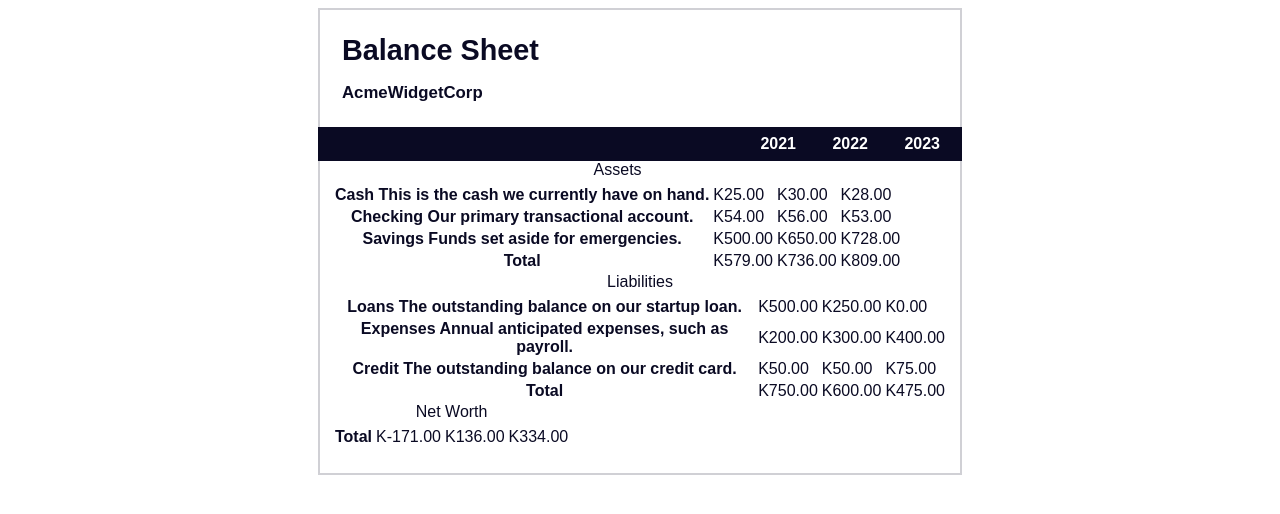
Repository: Lungdjos/balance_shee
Page: index.html
The author's editor kept a copy of each file at every save. The page is drawn from the files as they stood at one save, then again after the next save.
The browser window is 1280 px wide. The pictures show the whole page.

Above is the page before, as saved 2023-11-04 22:04:08.

### index.html
<!DOCTYPE html>
<html lang="en">

<head>
    <meta charset="UTF-8">
    <meta name="viewport" content="width=device-width, initial-scale=1.0">
    <title>Balance Sheet</title>
    <link rel="stylesheet" href="styles.css">
</head>

<body>
    <main>
        <section>
            <h1>
                <span class="flex">
                <span>AcmeWidgetCorp</span>
                <span>Balance Sheet</span>
                </span>
            </h1>
            <div id="years" aria-hidden="true">
                <span class="year">2021</span>
                <span class="year">2022</span>
                <span class="year">2023</span>
            </div>
            <div class="table-wrap">
                <table>
                    <caption>Assets</caption>
                    <thead>
                        <tr>
                            <td></td>
                            <th><span class="sr-only year">2021</span></th>
                            <th><span class="sr-only year">2022</span></th>
                            <th class="current"><span class="sr-only year">2023</span></th>
                        </tr>
                    </thead>
                    <tbody>
                        <tr class="data">
                            <th>
                                Cash <span class="description">This is the cash we currently have on hand.</span>
                            </th>
                            <td>K25.00</td>
                            <td>K30.00</td>
                            <td class="current">K28.00</td>
                        </tr>
                        <tr class="data">
                            <th>
                                Checking <span class="description">Our primary transactional account.</span>
                            </th>
                            <td>K54.00</td>
                            <td>K56.00</td>
                            <td class="current">K53.00</td>
                        </tr>
                        <tr class="data">
                            <th>
                                Savings <span class="description">Funds set aside for emergencies.</span>
                            </th>
                            <td>K500.00</td>
                            <td>K650.00</td>
                            <td class="current">K728.00</td>
                        </tr>
                        <tr class="total">
                            <th>
                                Total <span class="sr-only">Assets</span>
                            </th>
                            <td>K579.00</td>
                            <td>K736.00</td>
                            <td class="current">K809.00</td>
                        </tr>
                    </tbody>
                </table>
                <table>
                    <caption>Liabilities</caption>
                    <thead>
                        <tr>
                            <td></td>
                            <th><span class="sr-only">2021</span></th>
                            <th><span class="sr-only">2022</span></th>
                            <th><span class="sr-only">2023</span></th>
                        </tr>
                    </thead>
                    <tbody>
                        <tr class="data">
                            <th>
                                Loans <span class="description">The outstanding balance on our startup loan.</span>
                            </th>
                            <td>K500.00</td>
                            <td>K250.00</td>
                            <td class="current">K0.00</td>
                        </tr>
                        <tr class="data">
                            <th>
                                Expenses <span class="description">Annual anticipated expenses, such as payroll.</span>
                            </th>
                            <td>K200.00</td>
                            <td>K300.00</td>
                            <td class="current">K400.00</td>
                        </tr>
                        <tr class="data">
                            <th>
                                Credit <span class="description">The outstanding balance on our credit card.</span>
                            </th>
                            <td>K50.00</td>
                            <td>K50.00</td>
                            <td class="current">K75.00</td>
                        </tr>
                        <tr class="total">
                            <th>
                                Total <span class="sr-only">Liabilities</span>
                            </th>
                            <td>K750.00</td>
                            <td>K600.00</td>
                            <td class="current">K475.00</td>
                        </tr>
                    </tbody>
                </table>
                <table>
                    <caption>Net Worth</caption>
                    <thead>
                        <tr>
                            <td></td>
                            <th><span class="sr-only">2021</span></th>
                            <th><span class="sr-only">2022</span></th>
                            <th><span class="sr-only">2023</span></th>
                        </tr>
                    </thead>
                    <tbody>
                        <tr class="total">
                            <th>
                                Total <span class="sr-only">Net Worth</span>
                            </th>
                            <td>K-171.00</td>
                            <td>K136.00</td>
                            <td class="current">K334.00</td>
                        </tr>
                    </tbody>
                </table>
            </div>
        </section>
    </main>
</body>

</html>

</html>

</html>

### styles.css
/* general styling */

html {
    box-sizing: border-box;
}

body {
    font-family: sans-serif;
    color: #0a0a23;
}

span[class~="sr-only"] {
    border: 0;
    clip: rect(1px, 1px, 1px, 1px);
    clip-path: inset(50%);
    width: 1px;
    height: 1px;
    overflow: hidden;
    white-space: nowrap;
    position: absolute;
    padding: 0;
    margin: 1px;
}


/* table styling */

h1 {
    max-width: 37.25rem;
    margin: 0 auto;
    padding: 1.5rem 1.25rem;
}

h1 .flex {
    display: flex;
    flex-direction: column-reverse;
    gap: 1rem;
}

h1 .flex span:first-of-type {
    font-size: .7em;
}

h1 .flex span:last-of-type {
    font-size: 1.2em;
}

section {
    max-width: 40rem;
    margin: 0 auto;
    border: 2px solid #d0d0d5;
}

#years {
    position: sticky;
    top: 0;
    display: flex;
    justify-content: flex-end;
    color: #fff;
    background: #0a0a23;
    margin: 0 -2px;
    padding: .5rem calc(1.25rem + 2px) .5rem 0;
    z-index: 999;
}

#years span[class] {
    font-weight: bold;
    width: 4.5rem;
    text-align: right;
}

.table-wrap {
    padding: 0 .75rem 1.5rem .75rem;
}

span:not(.sr-only) {
    font-weight: ;
}

After the next save:
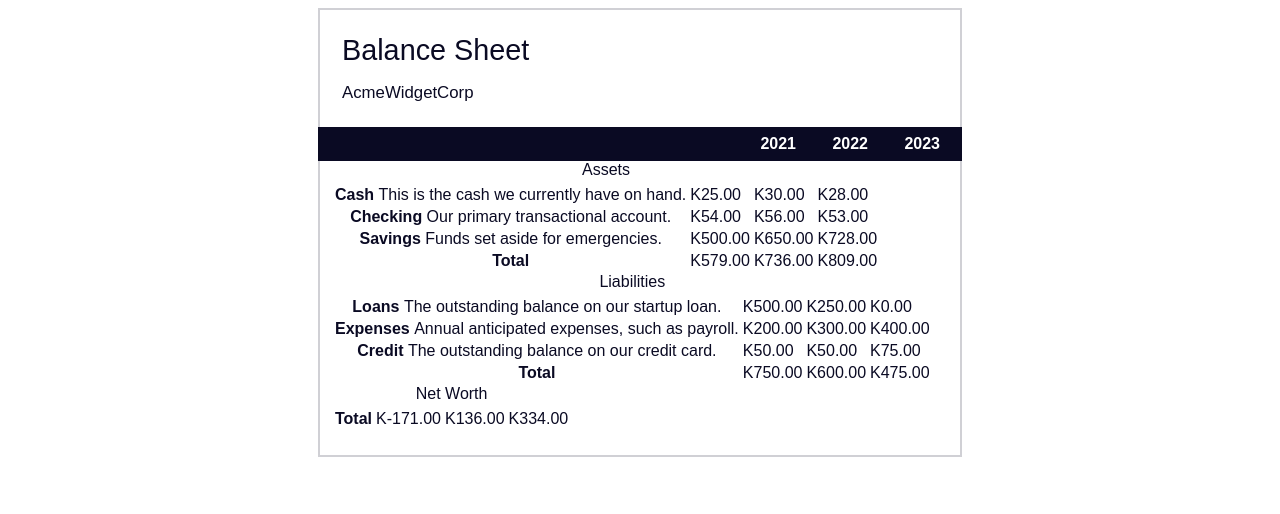
Saved 4 s later.
--- a/styles.css
+++ b/styles.css
@@ -74,5 +74,5 @@ section {
 }
 
 span:not(.sr-only) {
-    font-weight: ;
+    font-weight: normal;
 }
